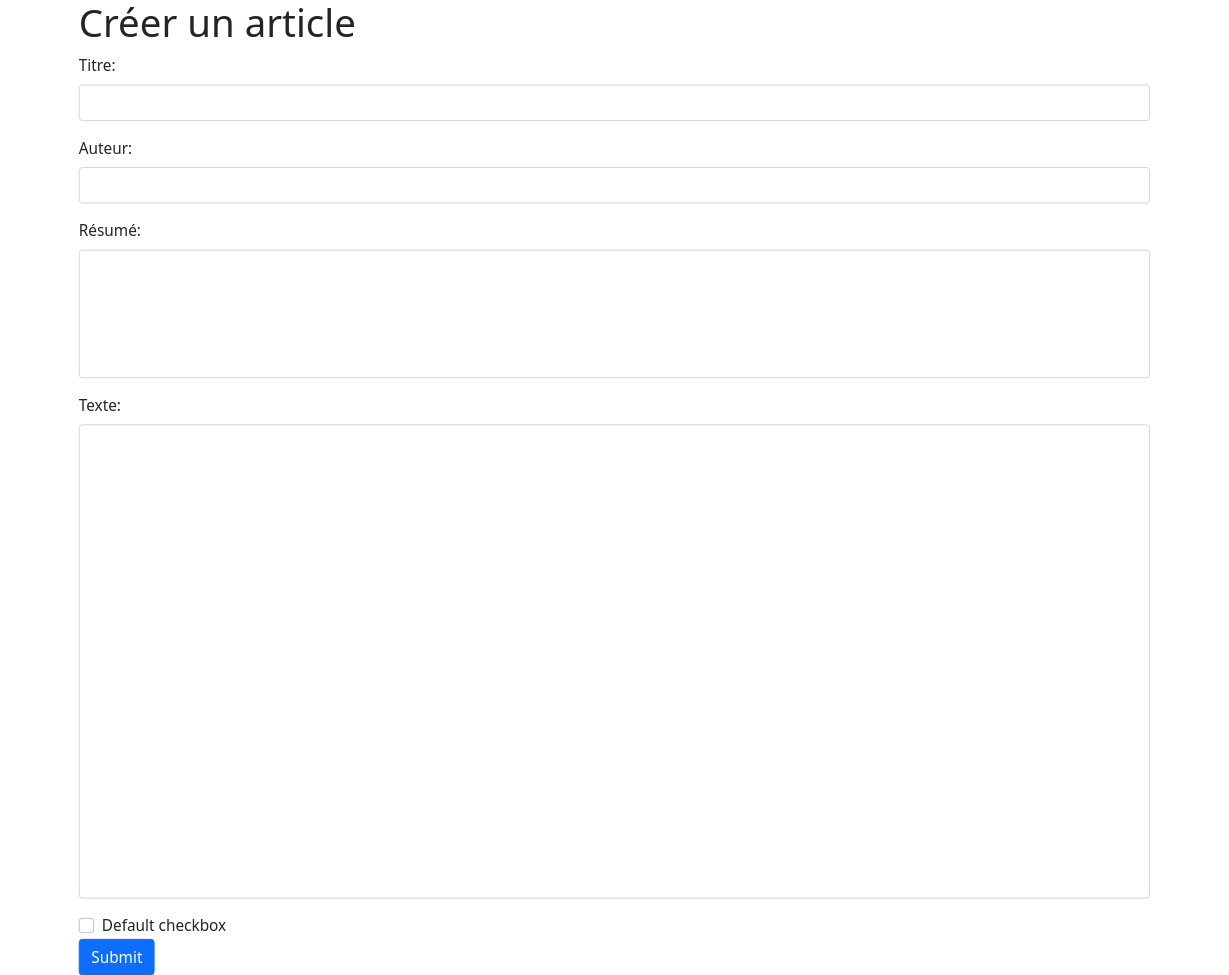
Repository: QuentinFayt/NewsWeb
Page: sources/adminNewsWeb/createArticle.html
An editor plug-in stored every save of this project. The page is shown before and after the next save, followed by the edit.
The browser window is 1280 px wide. The pictures show the whole page, at 96% of full size.

Above is the page before, as saved 2021-12-23 11:12:21.

After the next save:
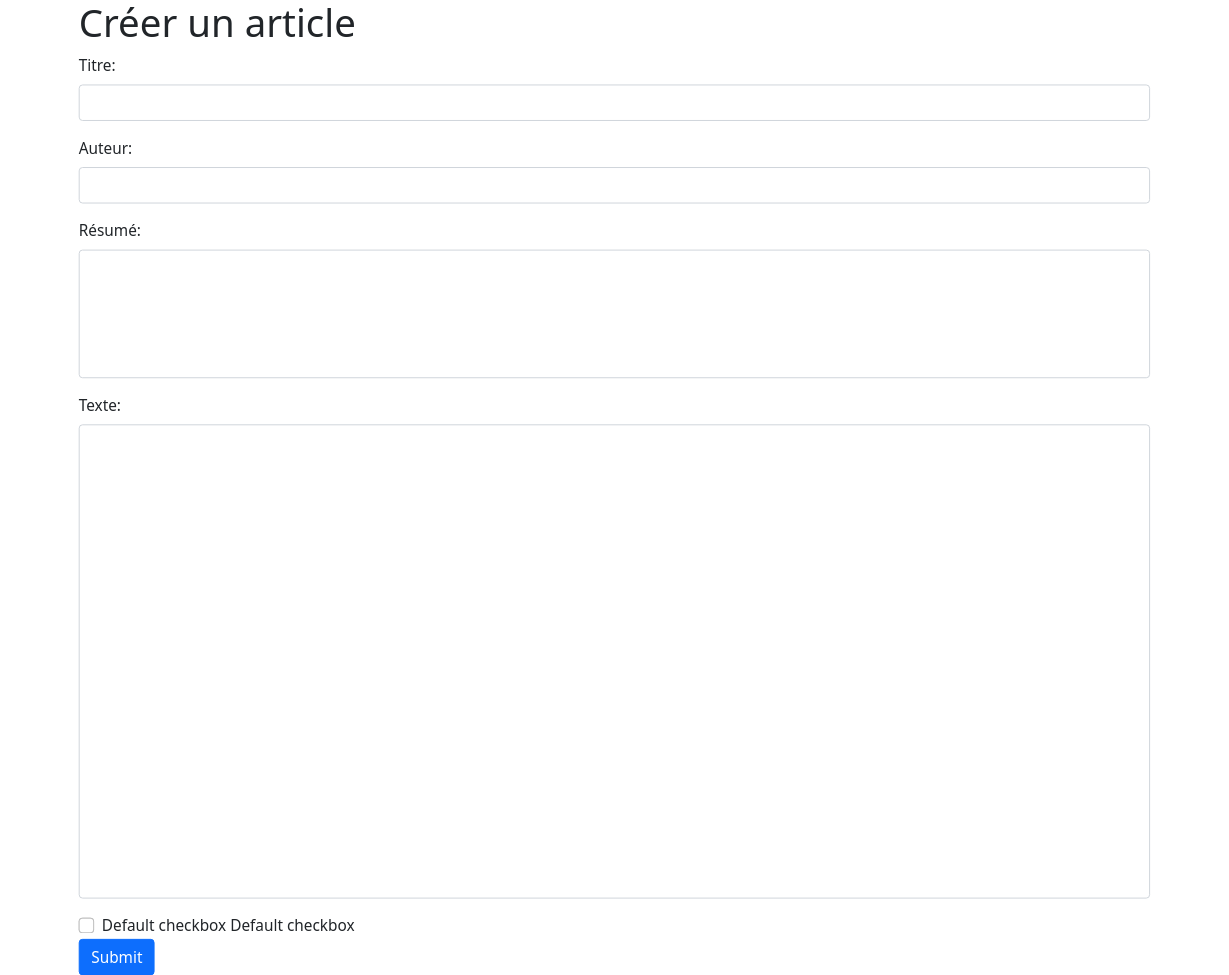
Saved 11 s later.
--- a/sources/adminNewsWeb/createArticle.html
+++ b/sources/adminNewsWeb/createArticle.html
@@ -36,7 +36,10 @@
                 <input class="form-check-input" type="checkbox" value="" id="flexCheckDefault">
                 <label class="form-check-label" for="flexCheckDefault">
                     Default checkbox
-                </label>
+                    <input class="form-check-input" type="checkbox" value="" id="flexCheckDefault">
+                    <label class="form-check-label" for="flexCheckDefault">
+                        Default checkbox
+                    </label>
             </div>
             <button type="submit" class="btn btn-primary">Submit</button>
         </form>
